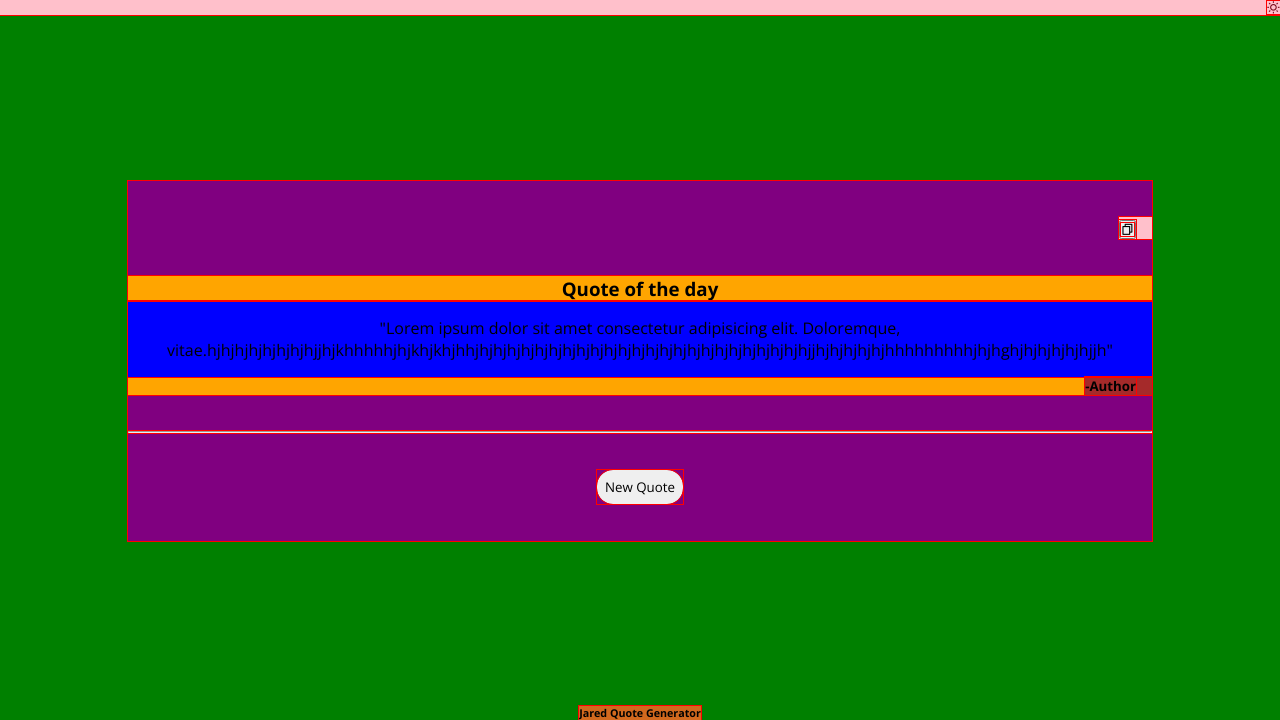
Repository: EguJaredoBoyd/Jared-Quote-Generator
Page: html/main.html
An editor plug-in stored every save of this project. The page is shown before and after the next save, followed by the edit.
The browser window is 1280 px wide. The pictures show the whole page.
Some web libraries are served in a nearby version.

Above is the page before, as saved 2026-01-09 01:52:13.

### html/main.html
<!DOCTYPE html>
<html lang="en">
  <head>
    <meta charset="UTF-8" />
    <meta name="viewport" content="width=device-width, initial-scale=1.0" />
    <link rel="stylesheet" href="../css/style.css" />
    <script src="../js/main.js" defer></script>
    <link
      href="https://cdn.jsdelivr.net/npm/remixicon@4.8.0/fonts/remixicon.css"
      rel="stylesheet"
    />
    <link rel="preconnect" href="https://fonts.googleapis.com" />
    <link rel="preconnect" href="https://fonts.gstatic.com" crossorigin />
    <link
      href="https://fonts.googleapis.com/css2?family=Open+Sans:ital,wght@0,300..800;1,300..800&display=swap"
      rel="stylesheet"
    />
    <title>Document</title>
  </head>
  <body>
    <div class="container">
      <header>
        <button><i class="ri-sun-line"></i></button>
      </header>
      <main>
        <div class="quote-container">
          <div class="quote-container__copy">
            <button><i class="ri-file-copy-line"></i></button>
          </div>
          <div class="quote-container__quotes">
            <h3>Quote of the day</h3>
            <p>
              "Lorem ipsum dolor sit amet consectetur adipisicing elit.
              Doloremque,
              vitae.hjhjhjhjhjhjhjhjjhjkhhhhhjhjkhjkhjhhjhjhjhjhjhjhjhjhjhjhjhjhjhjhjhjhjhjhjhjhjhjhjhjhjjhjhjhjhjhjhhhhhhhhhjhjhghjhjhjhjhjhjjh"
            </p>
            <div class="quote-container__author">
              <h5>-Author</h5>
            </div>
          </div>
          <hr />
          <div class="quote-container__new--quote">
            <button>New Quote</button>
          </div>
        </div>
      </main>
      <footer>
        <div class="footer__developer">
          <h6>Jared Quote Generator</h6>
        </div>
      </footer>
    </div>
  </body>
</html>

### css/style.css
* {
  margin: 0;
  padding: 0;
  box-sizing: border-box;

  outline: 1px solid red;
}

:root {
  --background-color: #7b0d1e;
  --card-color: #f8e5ee;
  --text-color: black;
  --button-color: #7b0d1e;
}

html {
  font-size: 16px;
}

.lighter-theme {
  --background-color: #f8e5ee;
  --card-color: #7b0d1e;
  --text-color: whitesmoke;
  --button-color: #f8e5ee;
}

body {
  font-family: "Open Sans", sans-serif;
}

.container {
  background-color: green;
  height: 100vh;
  display: flex;
  flex-direction: column;
  justify-content: space-between;
  align-items: center;
}

header {
  display: flex;
  justify-content: flex-end;
  background-color: pink;
  width: 100%;
}

header button {
  border: none;
  background: none;
  color: var(--button-color);
}

.quote-container {
  background-color: purple;
  display: flex;
  flex-direction: column;
  justify-content: space-evenly;
  align-items: center;
  height: 50vh;
  width: 80vw;
  max-width: 80vw;
}

.quote-container__copy {
  align-self: self-end;
  padding-right: 1rem;
  background-color: pink;
}

.quote-container__quotes {
  background-color: orange;
  max-width: 100%;
}

.quote-container__quotes h3 {
  text-align: center;
}

.quote-container__quotes p {
  background-color: blue;
  max-width: 100%;
  max-height: 100%;
  padding: 1rem 2rem;
  overflow-wrap: break-word;
  text-align: center;
}

.quote-container__author {
  background-color: brown;
  justify-self: end;
  padding-right: 1rem;
}

.quote-container hr {
  width: 100%;
}

.quote-container__new--quote button {
  padding: 0.5rem;
  border: none;
  border-radius: 1rem;
  font-family: "Open Sans", sans-serif;
}

.footer__developer {
  background-color: chocolate;
}

Loaded but not shown: js/main.js (no copy from this time; the picture is the same without it)

After the next save:
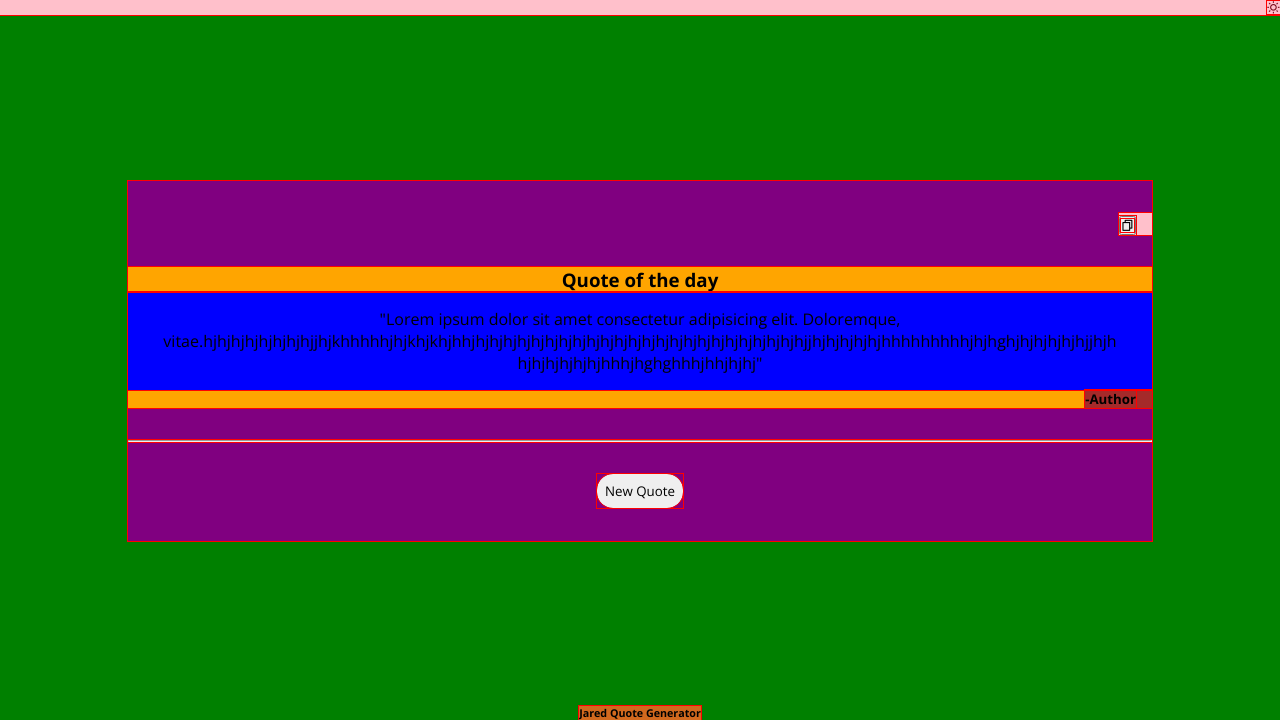
Saved 40 s later.
--- a/html/main.html
+++ b/html/main.html
@@ -32,7 +32,7 @@
             <p>
               "Lorem ipsum dolor sit amet consectetur adipisicing elit.
               Doloremque,
-              vitae.hjhjhjhjhjhjhjhjjhjkhhhhhjhjkhjkhjhhjhjhjhjhjhjhjhjhjhjhjhjhjhjhjhjhjhjhjhjhjhjhjhjhjjhjhjhjhjhjhhhhhhhhhjhjhghjhjhjhjhjhjjh"
+              vitae.hjhjhjhjhjhjhjhjjhjkhhhhhjhjkhjkhjhhjhjhjhjhjhjhjhjhjhjhjhjhjhjhjhjhjhjhjhjhjhjhjhjhjjhjhjhjhjhjhhhhhhhhhjhjhghjhjhjhjhjhjjhjhhjhjhjhjhjhjhhhjhghghhhjhhjhjhj"
             </p>
             <div class="quote-container__author">
               <h5>-Author</h5>
